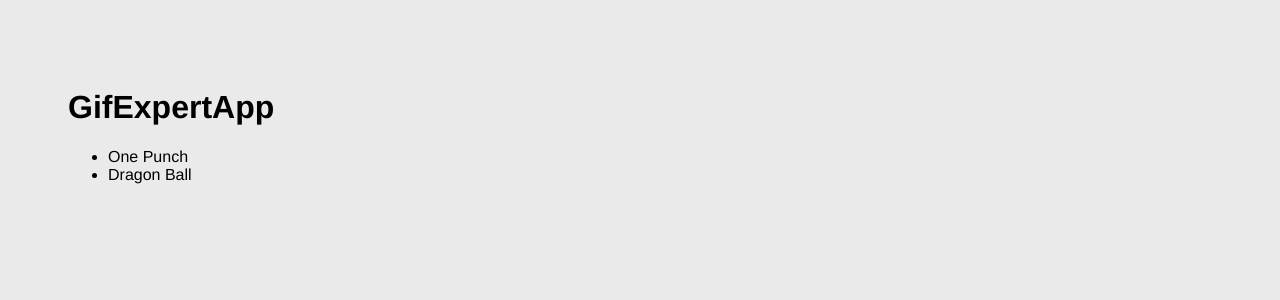
Repository: bryanesteban/gif-expert-app
Page: /
An editor plug-in stored every save of this project. The page is shown before and after the next save, followed by the edit.
The browser window is 1280 px wide. The pictures show the whole page.
The project was rebuilt for these pictures with package versions that can differ from the ones it lists, and the page was loaded fresh each time. Also part of the build but not shown: vite.config.js.

Above is the page before, as saved 2024-06-12 05:44:13.

After the next save:
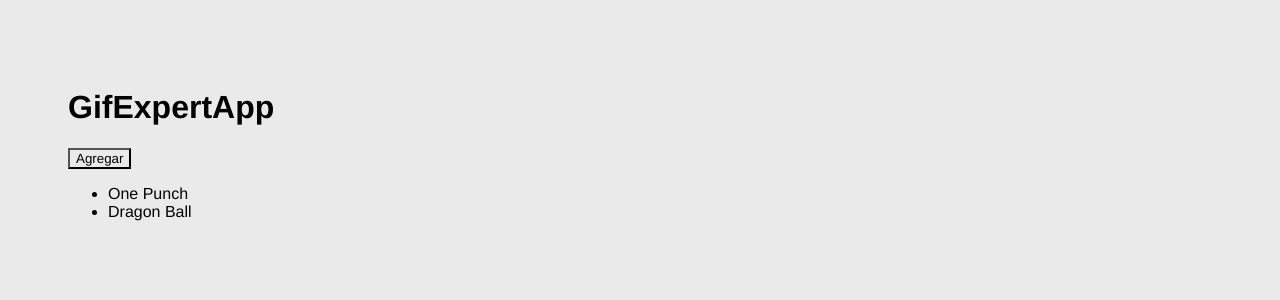
Saved 3 min 35 s later.
--- a/src/GifExpertApp.jsx
+++ b/src/GifExpertApp.jsx
@@ -8,6 +8,9 @@ export const GifExpertApp = () => {
 
     const [ categories , setCategories ] = useState([ 'One Punch', 'Dragon Ball']);
 
+    const onAddCategory = () => {
+
+    }
     console.log(categories);
 
     return (
@@ -16,6 +19,7 @@ export const GifExpertApp = () => {
     <h1>GifExpertApp</h1>
     {/*Input */}
     {/*Listado de gif */}
+    <button onClick={onAddCategory}>Agregar</button>
     <ul>
         { categories.map( category => {
                 return <li key={category}>{category} </li>
